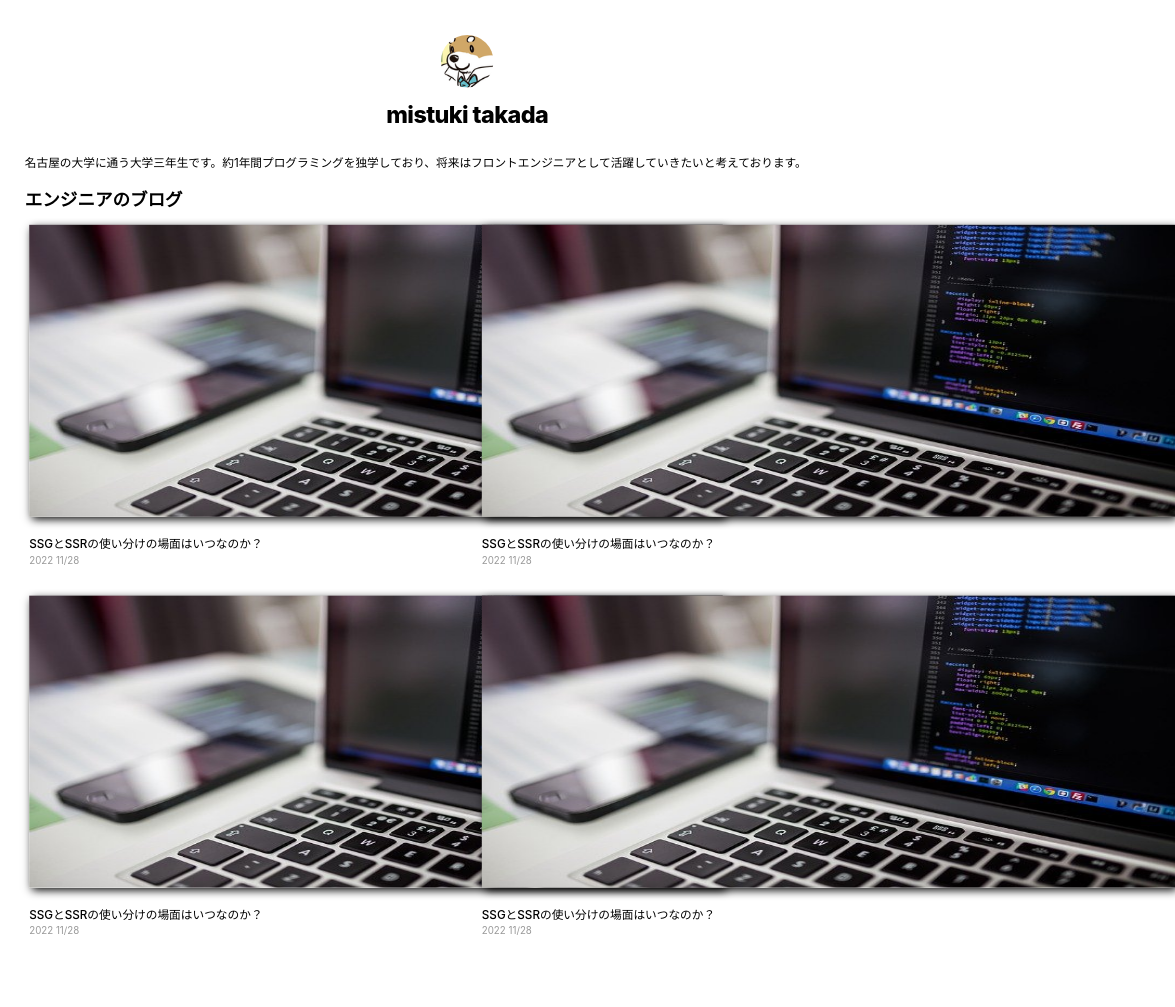
Repository: MitukiTakada/next-practice
Page: /
An editor plug-in stored every save of this project. The page is shown before and after a run of saves, followed by the edit.
The browser window is 1280 px wide. The page is 1610 px wide, so the pictures cover 1610 px, including what lies to the right of the window. The pictures show the whole page, at 73% of full size.
The project was rebuilt for these pictures with package versions that can differ from the ones it lists, and the page was loaded fresh each time. The framework's server and built-in components were replaced by stand-ins that run in the browser. Also part of the build but not shown: next.config.js.

Above is the page before, as saved 2022-10-01 16:32:03.

After the next 2 saves:
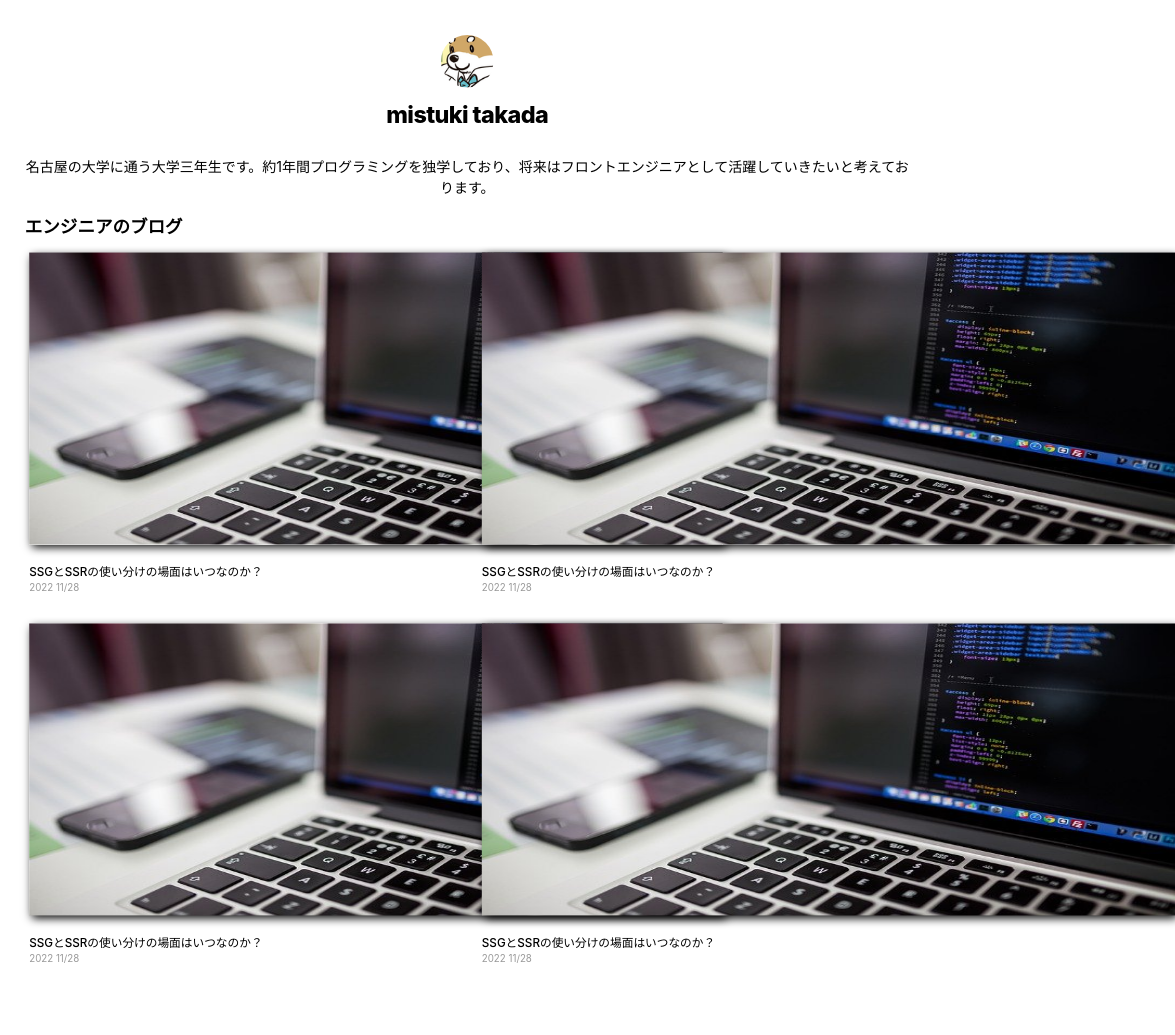
The 2 saves are shown as one change because they came seconds apart.
The last was saved 11 s later.
--- a/pages/index.js
+++ b/pages/index.js
@@ -8,7 +8,7 @@
 export default function Home() {
   return (
     <Layout>
-      <section className={`${utilStyle.padding1px}{utilStyle.headingMd}`}>
+      <section className={`${utilStyle.padding1px} ${utilStyle.headingMd}`}>
         <p>名古屋の大学に通う大学三年生です。約1年間プログラミングを独学しており、将来はフロントエンジニアとして活躍していきたいと考えております。</p>
       </section>
       <section>
